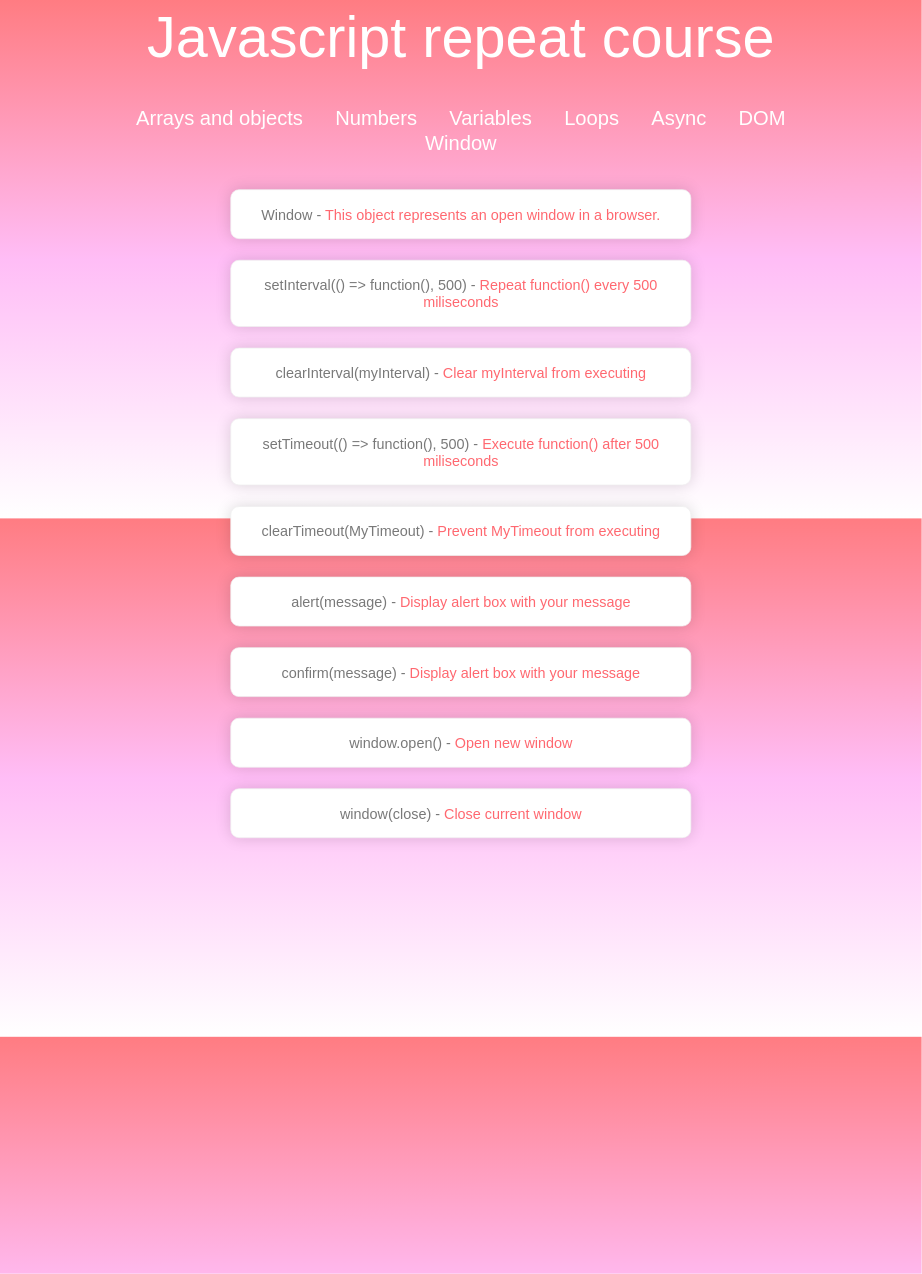
Repository: michalgornicki/javascript
Page: /#/Window
These files come from the project's save history. The page is drawn as it stood at one moment and after a run of saves; the edit follows.
The browser window is 1280 px wide. The pictures show the whole page, at 72% of full size.
Backgrounds fixed to the window are drawn as part of the page. The project was rebuilt for these pictures with package versions that can differ from the ones it lists, and the page was loaded fresh each time. Also part of the build but not shown: src/index.css, src/components/arrays.jsx, src/components/variables.jsx, src/components/numbers.jsx, src/components/loops.jsx, src/components/async.jsx, src/components/DOM manipulation.jsx.

Above is the page before, as saved 2022-02-01 08:20:00.

After the next 2 saves:
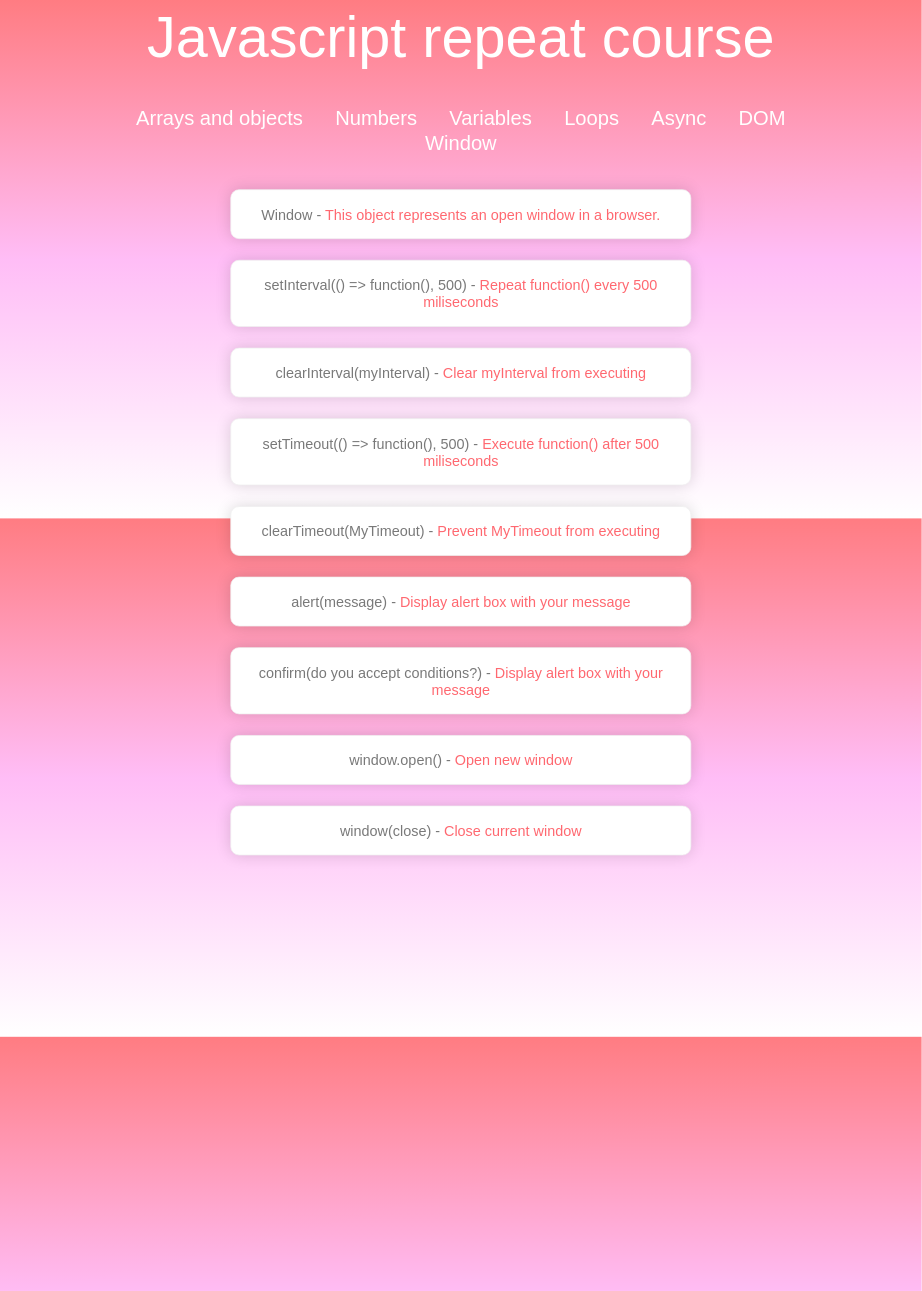
The 2 saves are shown as one change because they came seconds apart.
The last was saved 9 s later.
--- a/src/components/window.jsx
+++ b/src/components/window.jsx
@@ -34,7 +34,7 @@
       </div>
       <div className="js-item h5">
         {" "}
-        <span className="">{"confirm(message)"} -</span>
+        <span className="">{"confirm(do you accept conditions?)"} -</span>
         <span className="text-pink"> Display alert box with your message </span> <br />
       </div>
       <div className="js-item h5">

After the 2 saves that followed:
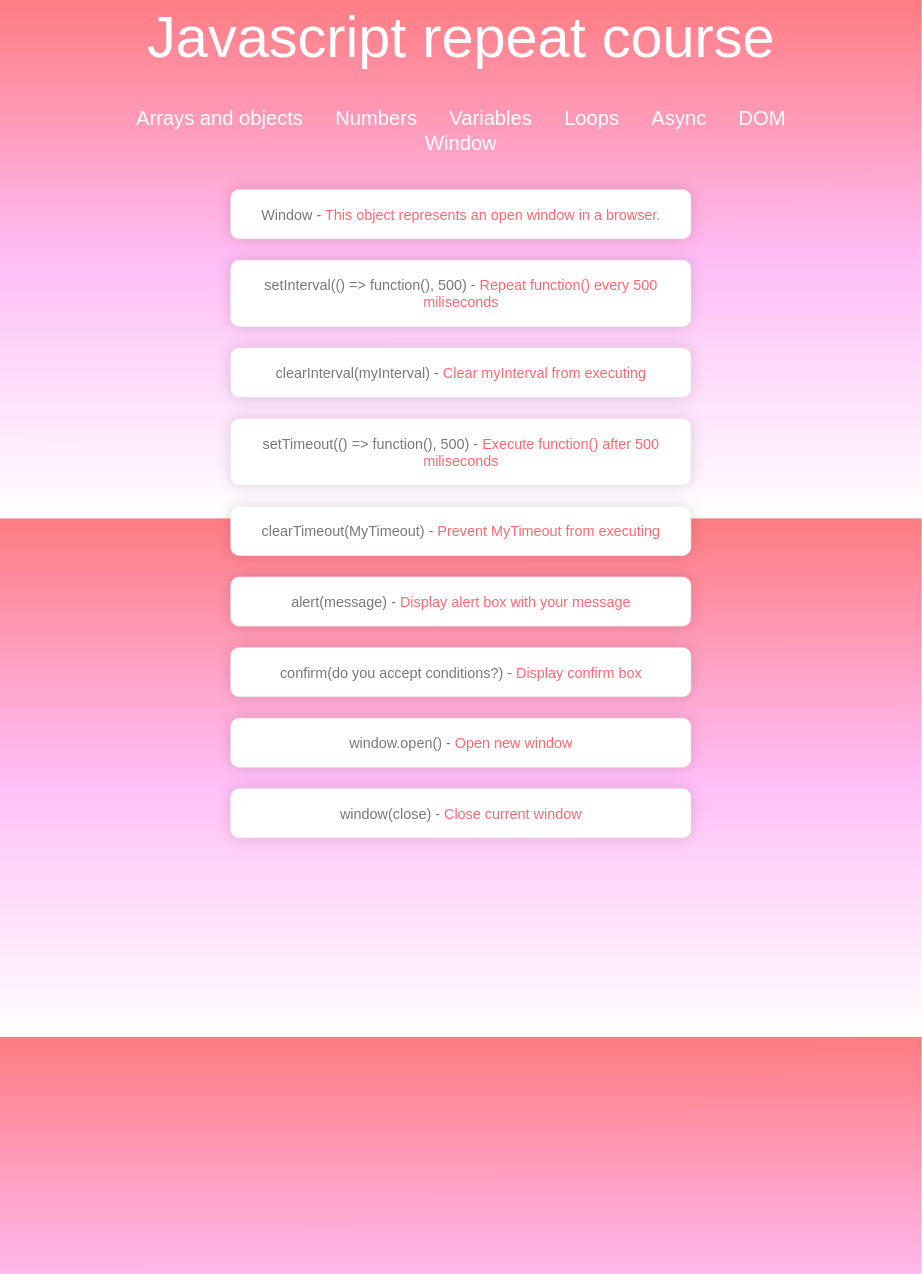
The 2 saves are shown as one change because they came seconds apart.
The last was saved 9 s later.
--- a/src/components/window.jsx
+++ b/src/components/window.jsx
@@ -35,7 +35,7 @@
       <div className="js-item h5">
         {" "}
         <span className="">{"confirm(do you accept conditions?)"} -</span>
-        <span className="text-pink"> Display alert box with your message </span> <br />
+        <span className="text-pink"> Display confirm box  </span> <br />
       </div>
       <div className="js-item h5">
         {" "}
